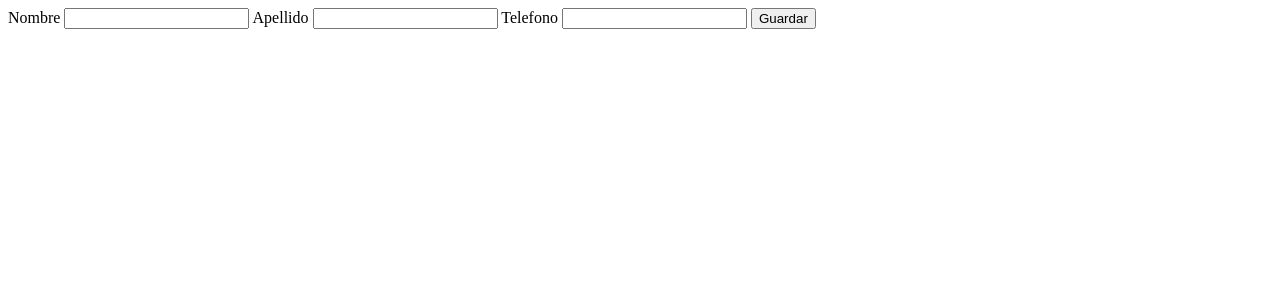
Repository: jaimepsayago/dbp-2022-1
Page: http://localhost/Web-Servlet/listaContactos.jsp
The author's editor kept a copy of each file at every save. The page is drawn from the files as they stood at one save, then again after the next save.
The browser window is 1280 px wide. The pictures show the whole page.
The page is served by Tomcat 9. Nobody is signed in. The application's start-up code is not run.

Above is the page before, as saved 2022-06-06 21:45:35.

After the next save:
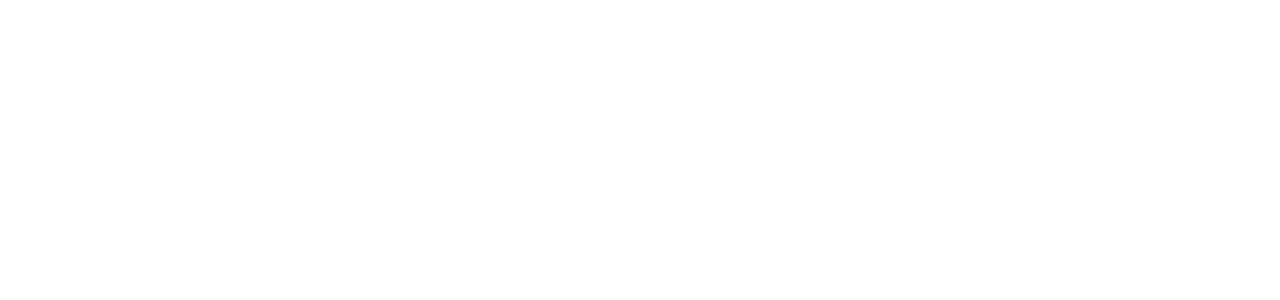
Saved 3 min 10 s later.
--- a/Web-Servlet/src/main/webapp/listaContactos.jsp
+++ b/Web-Servlet/src/main/webapp/listaContactos.jsp
@@ -12,11 +12,15 @@
 </head>
 
 <!--  generar una variable para agregar la clase contactos-->
-<%!
+<%
 ArrayList<Contactos> contactos;
 %>
 
 <body>
+<!--  crear un obj contactos y que obtiene los parametros de la session contactos->
+<%
+	contactos = (ArrayList<Contactos>)session.getAttribute("contactos");
+%>
 
 <form action="post">
 <label>Nombre</label>

After the save that followed:
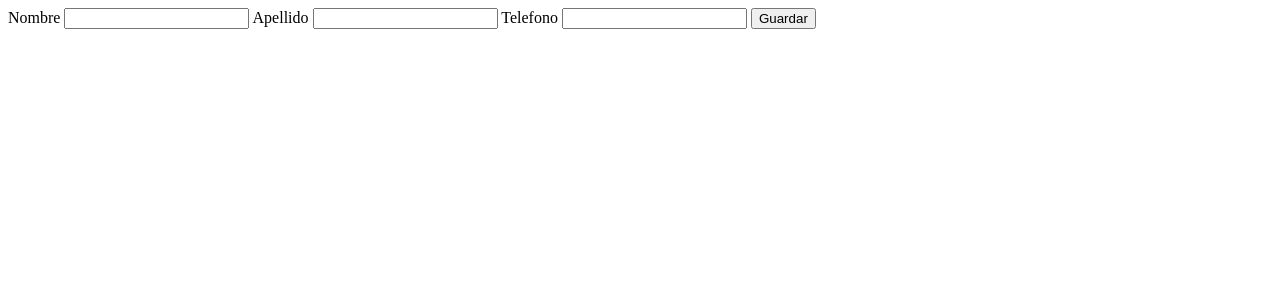
Saved 118 s later.
--- a/Web-Servlet/src/main/webapp/listaContactos.jsp
+++ b/Web-Servlet/src/main/webapp/listaContactos.jsp
@@ -17,10 +17,6 @@
 %>
 
 <body>
-<!--  crear un obj contactos y que obtiene los parametros de la session contactos->
-<%
-	contactos = (ArrayList<Contactos>)session.getAttribute("contactos");
-%>
 
 <form action="post">
 <label>Nombre</label>
